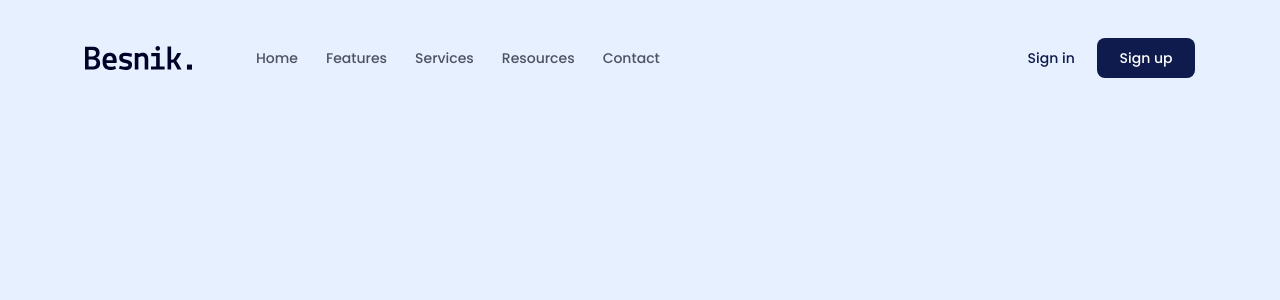
Repository: empty24062002/f8-htmlcss-01
Page: index.html
These files come from the project's save history. The page is drawn as it stood at one moment and after the next save; the edit follows.
The browser window is 1280 px wide. The pictures show the whole page.

Above is the page before, as saved 2023-07-11 12:33:57.

After the next save:
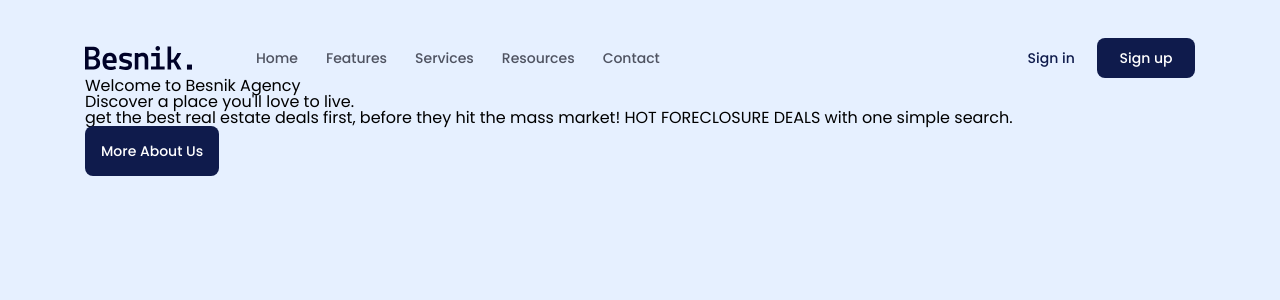
Saved 74 min 39 s later.
--- a/index.html
+++ b/index.html
@@ -30,6 +30,21 @@
                             <a href="#!" class="btn action-btn">Sign up</a>
                         </div>
                     </nav>
+
+                    <div class="hero">
+                        <div class="info">
+                            <p class="sub-title">Welcome to Besnik Agency</p>
+                            <h1 class="title">
+                                Discover a place you'll love to live.
+                            </h1>
+                            <p class="desc">
+                                get the best real estate deals first, before
+                                they hit the mass market! HOT FORECLOSURE DEALS
+                                with one simple search.
+                            </p>
+                            <a href="#!" class="btn">More About Us</a>
+                        </div>
+                    </div>
                 </div>
             </header>
         </main>
